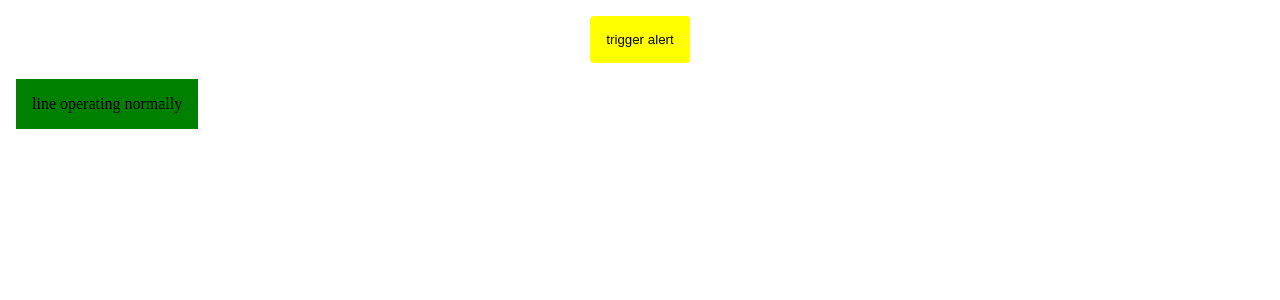
Repository: Esttevo/list-rewiew-js-2
Page: modulo-6/index.html
An editor plug-in stored every save of this project. The page is shown before and after the next save, followed by the edit.
The browser window is 1280 px wide. The pictures show the whole page.

Above is the page before, as saved 2026-10-22 20:00:17.

After the next save:
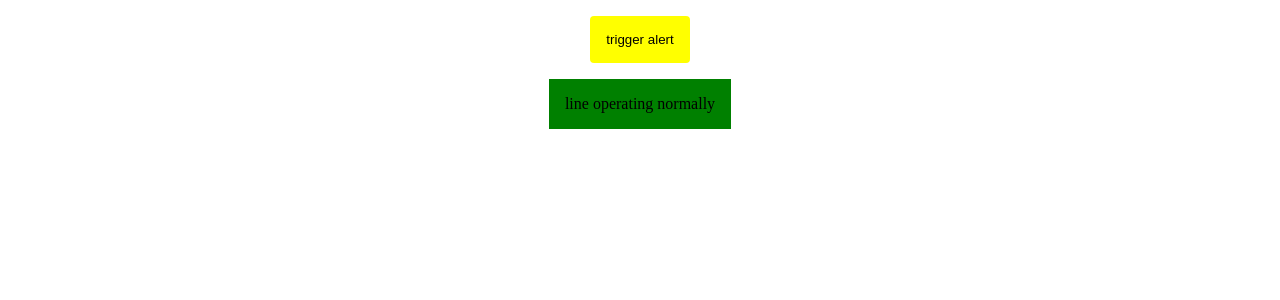
Saved 6 s later.
--- a/modulo-6/style.css
+++ b/modulo-6/style.css
@@ -22,7 +22,7 @@
 .wrapper-alert {
     display: flex;
     width: fit-content;
-    justify-content: center;
+    justify-self: center;
     margin:1rem;
     background-color: green;
     padding: 1rem;
